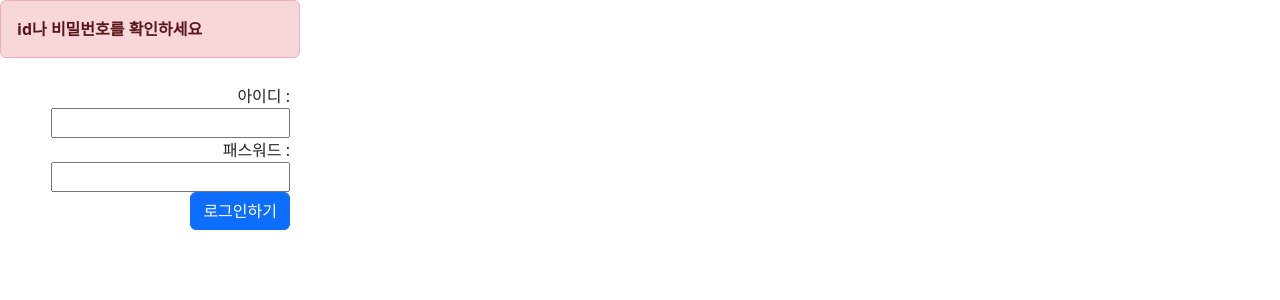
Repository: cheez0909/JSP
Page: http://localhost/1103/session/LoginProcess.jsp
These files come from the project's save history. The page is drawn as it stood at one moment and after a run of saves; the edit follows.
The browser window is 1280 px wide. The pictures show the whole page.
The page is served by Tomcat 9. Queries for data that is not in the repository find no rows.

Above is the page before, as saved 2023-11-08 06:07:22.

After the next 2 saves:
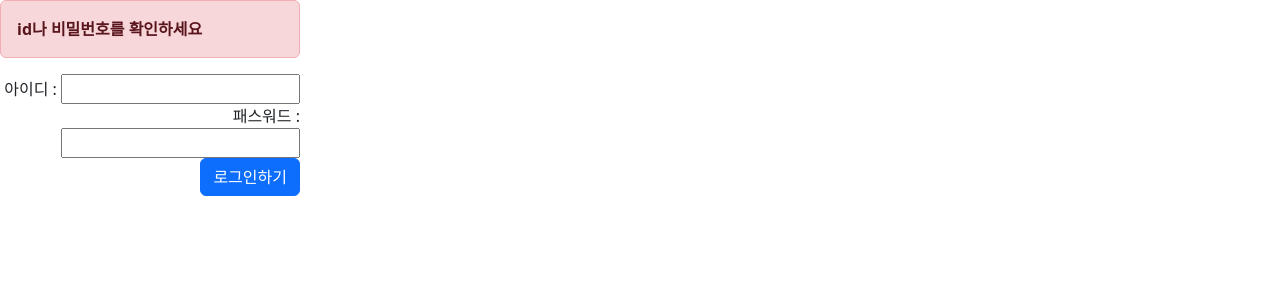
The 2 saves are shown as one change because they came seconds apart.
The last was saved 13 s later.
--- a/1103/src/main/webapp/session/loginForm.jsp
+++ b/1103/src/main/webapp/session/loginForm.jsp
@@ -13,13 +13,11 @@
 }
 .login {
 	text-align: right;
-	align-items: flex-start;
 }
 
 form {
 width : 300px;
 height: 450px;
-padding:10px;
 }
 
 </style>
